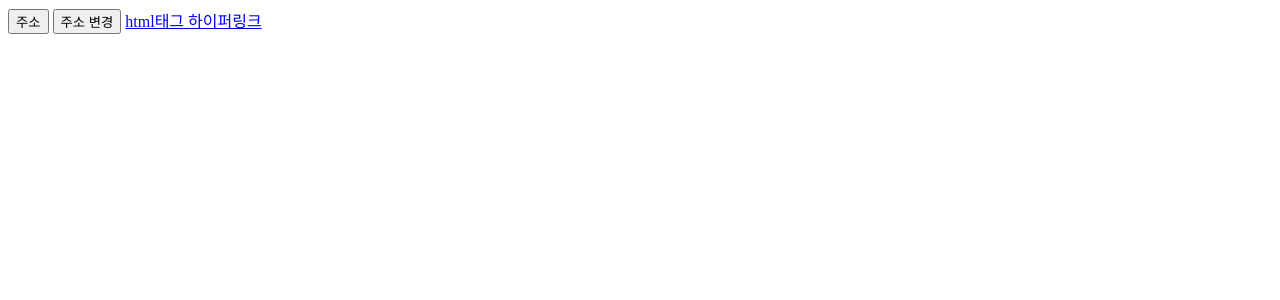
Repository: hololog/workspace_jsp1
Page: JspStudy/src/main/webapp/js1/test8.html
An editor plug-in stored every save of this project. The page is shown before and after the next save, followed by the edit.
The browser window is 1280 px wide. The pictures show the whole page.

Above is the page before, as saved 2021-12-06 02:35:05.

### JspStudy/src/main/webapp/js1/test8.html
<!DOCTYPE html>
<html>
<head>
<meta charset="UTF-8">
<title>js1/test8.html</title>
 <script type="text/javascript">
//  	내장객체 계충구조로 구성
// 			 window - location 주소줄
// 					- history 방문기록
// 					- document html(body)
// 	  (window.)location() -> 멤버면수 href 주소내용저장하는 변수, : location.href
//                              멤버함수 reload() 새로고침 : location.reload()

	function f1() {
		alert(location.href);
	}
	function f2() {
		alert("test7.html 이동")
		location.href="test7.html";  //href 변수 변경은 주소줄의 주소 변경
	}


 </script>
</head>
<body>
 <input type="button" value="주소" onclick="f1()">
 <input type="button" value="주소 변경" onclick="f2()">
 <a href="test7.html">html태그 하이퍼링크</a>
</body>
</html>

After the next save:
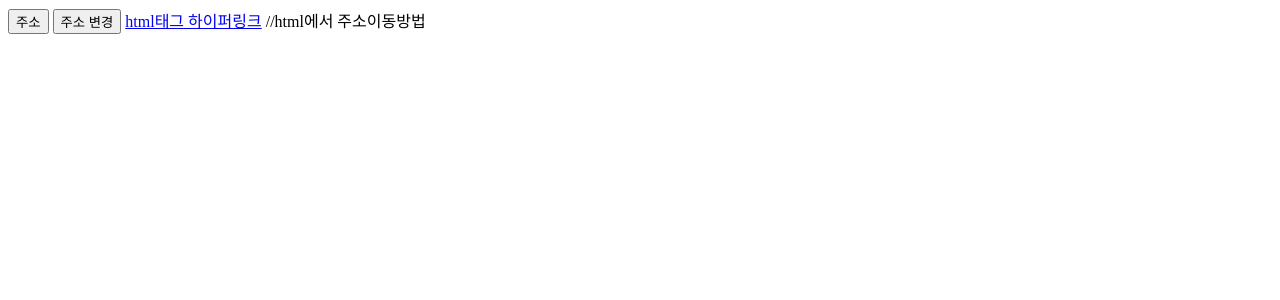
Saved 40 s later.
--- a/JspStudy/src/main/webapp/js1/test8.html
+++ b/JspStudy/src/main/webapp/js1/test8.html
@@ -25,6 +25,6 @@
 <body>
  <input type="button" value="주소" onclick="f1()">
  <input type="button" value="주소 변경" onclick="f2()">
- <a href="test7.html">html태그 하이퍼링크</a>
+ <a href="test7.html">html태그 하이퍼링크</a> //html에서 주소이동방법
 </body>
 </html>

After the save that followed:
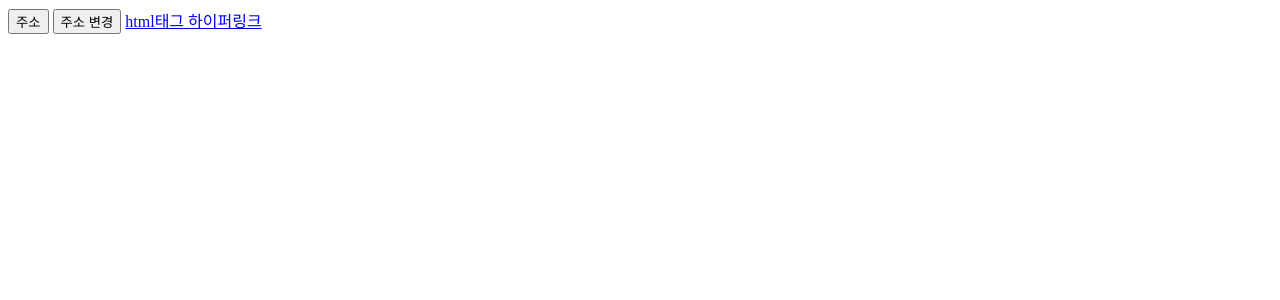
Saved 34 s later.
--- a/JspStudy/src/main/webapp/js1/test8.html
+++ b/JspStudy/src/main/webapp/js1/test8.html
@@ -25,6 +25,7 @@
 <body>
  <input type="button" value="주소" onclick="f1()">
  <input type="button" value="주소 변경" onclick="f2()">
- <a href="test7.html">html태그 하이퍼링크</a> //html에서 주소이동방법
+ <a href="test7.html">html태그 하이퍼링크</a> <!-- html태그로 주소이동방법 -->
+
 </body>
 </html>
